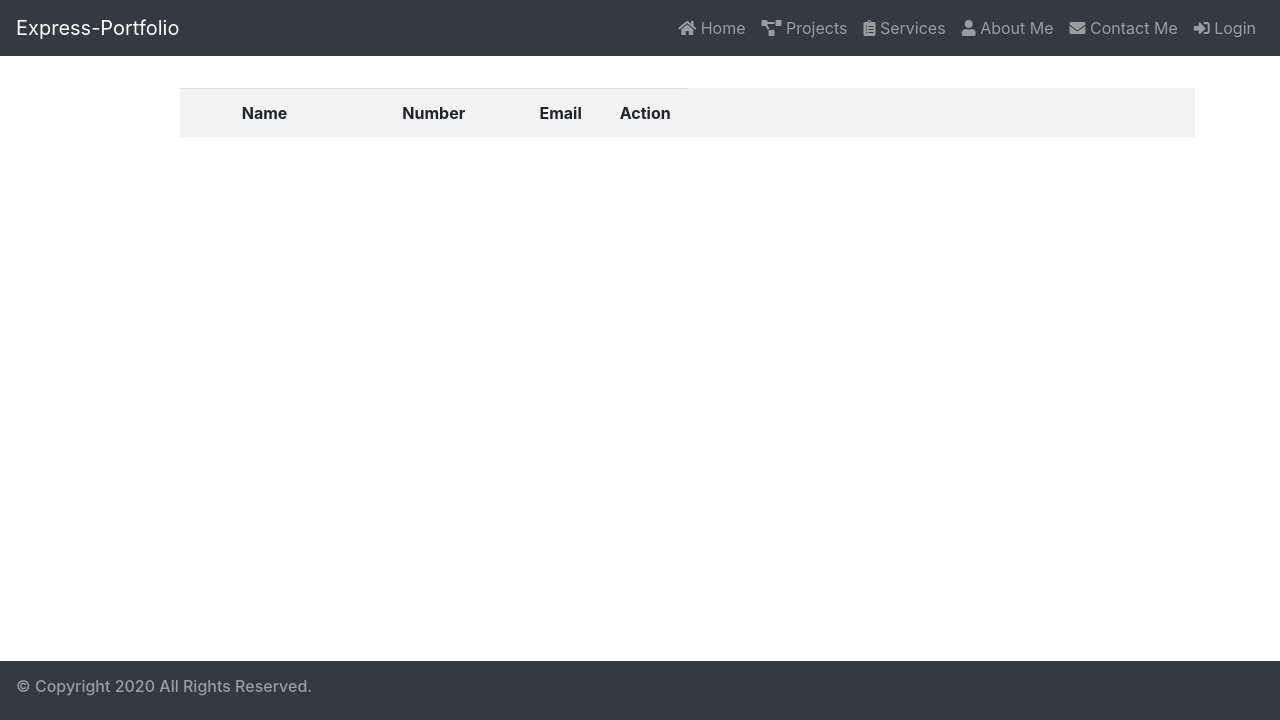
Repository: carlossclaro/Express_Portfolio
Page: server/views/users1/users.ejs
An editor plug-in stored every save of this project. The page is shown before and after the next save, followed by the edit.
The browser window is 1280 px wide. The pictures show the whole page.
The page is served by the project's Node server (app.js). Other server files are loaded and not shown. The template is opened directly, without the code that normally fills it, so the values that code supplies are empty.

Above is the page before, as saved 2020-10-24 18:16:47.

### server/views/users1/users.ejs

<!--
 *business_contact_view.ejs created by:
  Carlos Cruz-Claro 0N 2020-10-22
#300-902-439
-->

<!--
This view to remain hidden to those unauth or not signed in. Should only be visable to 'test' user!
-->
<%- include ../partials/header.ejs %>


<%- include ../partials/main_nav.ejs %>

<!-- Main Content -->
<main class="container">
  <div class="row">
    <div class="offset-md-1 col-md-11">
      <h1><%= title %></h1>
      <br>
      <table class="table table-boardered table-striped table-hover">
          <!-- Header Row -->
          <tr class="d-flex">
            <th class="text-center col-2">Name</th>
            <th class="text-center col-2">Number</th>
            <th class="text-center col-1">Email</th>
            <th class="text-center col-1">Action</th>
          </tr>

          <!-- Repeatable Template Row -->

          <% for(let count = 0; count < UserList.length; count++) { %>
            <tr class="d-flex">
                <td class="text-center col-2"><%= UserList[count].name %></td>
                <td class="text-center col-2"><%= UserList[count].number %></td>
                <td class="text-center col-2"><%= UserList[count].email %></td>
            </tr>
          <% } %>
      </table>
    </div>
  </div>
</main>



<%- include ../partials/bottom_nav.ejs %>

<%- include ../partials/footer.ejs %>

### server/views/partials/header.ejs
<!DOCTYPE html>
<html lang="en">
<head>
  <meta charset="UTF-8">
  <meta name="viewport" content="width=device-width, initial-scale=1.0">
  <title><%= title %></title>

  <!-- CSS Section-->
  <link rel="stylesheet" href="/bootstrap/dist/css/bootstrap.min.css">
  <link rel="stylesheet" href="/@fortawesome/fontawesome-free/css/all.min.css">
  <link rel='stylesheet' href='/Content/app.css' />

</head>
<body>

### server/views/partials/main_nav.ejs
  <!--Main Nav here-->
  <nav class="navbar navbar-expand-lg navbar-dark bg-dark">
    <a class="navbar-brand" href="/">Express-Portfolio</a>
    <button class="navbar-toggler" type="button" data-toggle="collapse" data-target="#navbarSupportedContent" aria-controls="navbarSupportedContent" aria-expanded="false" aria-label="Toggle navigation">
      <span class="navbar-toggler-icon"></span>
    </button>

   <!--  <nav class="navbar navbar-light bg-dark">
      <a class="navbar-brand" href="/">
        <img src="public/Assets/images/personal_logo.png" width="30" height="30" class="d-inline-block align-top" alt="">
      </a>
    </nav>-->
    <div class="collapse navbar-collapse" id="navbarSupportedContent">
      <ul class="navbar-nav ml-auto">
       <!--TOFIX: HOME DOES NOT HIGHLIGHT WHEN CLICKED-->
        <% if ((title == "Home") || (title =="/")) { %>
        <li class="nav-item active">
        <% } else { %>
        <li class="nav-item">
        <% } %>
          <a class="nav-link" href="/home"><i class="fas fa-home"></i> Home </a>
        </li>

        <% if (title == "Projects") { %>
        <li class="nav-item active">
        <% } else { %>
        <li class="nav-item">
        <% } %>
          <a class="nav-link" href="/projects"><i class="fas fa-project-diagram"></i> Projects </a>
        </li>

        <% if (title == "Services") { %>
        <li class="nav-item active">
        <% } else { %>
        <li class="nav-item">
        <% } %>
          <a class="nav-link" href="/services"><i class="fas fa-clipboard-list"></i> Services </a>
        </li>

        <% if (title == "About Me") { %>
          <li class="nav-item active">
        <% } else { %>
        <li class="nav-item">
        <% } %>
          <a class="nav-link" href="/aboutme"><i class="fas fa-user"></i> About Me </a>
        </li>

        <% if (title == "Contact Me") { %>
          <li class="nav-item active">
        <% } else { %>
        <li class="nav-item">
        <% } %>
          <a class="nav-link" href="/contactme"><i class="fas fa-envelope"></i> Contact Me</a> </a>
        </li>

           <% if (title == "Authentication") { %>
          <li class="nav-item active">
        <% } else { %>
        <li class="nav-item">
        <% } %>
          <a class="nav-link" href="/authenticate"><i class="fas fa-sign-in-alt"></i> Login</a> </a>
        </li>
    </div>
  </nav>

### server/views/partials/bottom_nav.ejs
 <!-- Bottom Nav-->
  <footer>
    <nav class="navbar fixed-bottom navbar-dark bg-dark">
      <h6 class="display-6 navbar-text">&copy; Copyright 2020 All Rights Reserved.</h1>
    </nav>
  </footer>

### server/views/partials/footer.ejs
<!-- Script Selection (Front-Side)-->
<html>
<body>
  <script src="/jquery/dist/jquery.min.js"></script>
  <script src="/bootstrap/dist/js/bootstrap.min.js"></script>
  <script src="/Scripts/app.js"></script>
</body>
</html>

### app.js
/*App.js created by Carlos Cruz-Claro 0N 2020-10-11
#300-902-439 */

// Installed 3rd party packages
let createError = require('http-errors');
let express = require('express');
let path = require('path');
let cookieParser = require('cookie-parser');
let logger = require('morgan');

let indexRouter = require('./routes/index');
let usersRouter = require('./routes/users');

let app = express();

// view engine setup
app.set('views', path.join(__dirname, 'views'));
app.set('view engine', 'ejs');

app.use(logger('dev'));
app.use(express.json());
app.use(express.urlencoded({ extended: false }));
app.use(cookieParser());
app.use(express.static(path.join(__dirname, 'public')));
app.use(express.static(path.join(__dirname, 'node_modules')));

app.use('/', indexRouter);
app.use('/users', usersRouter);

// catch 404 and forward to error handler
app.use(function(req, res, next) {
  next(createError(404));
});

// error handler
app.use(function(err, req, res, next) {
  // set locals, only providing error in development
  res.locals.message = err.message;
  res.locals.error = req.app.get('env') === 'development' ? err : {};

  // render the error page
  res.status(err.status || 500);
  res.render('error', { title: 'Error'});
});

module.exports = app;

### public/Content/app.css
/* Custom css goes here */
/*Created by Carlos Cruz-Claro 0N 2020-10-11
#300-902-439 */
.map-container-section {
    overflow:hidden;
    padding-bottom:56.25%;
    position:relative;
    height:0;
  }
  .map-container-section iframe {
    left:0;
    top:0;
    height:100%;
    width:100%;
    position:absolute;
  }
  .container{
    height:300px;
  }
  .navbar-default { margin : 0 !important; }

### public/Scripts/app.js
//IIFE -- Immdiately Invoked Function Expression
/* app.js created by Carlos Cruz-Claro 0N 2020-10-11
#300-902-439 */
(function() {
    function Start()
    {
        console.log("App Started...");
    }

    window.addEventListener("load", Start);

})();

After the next save:
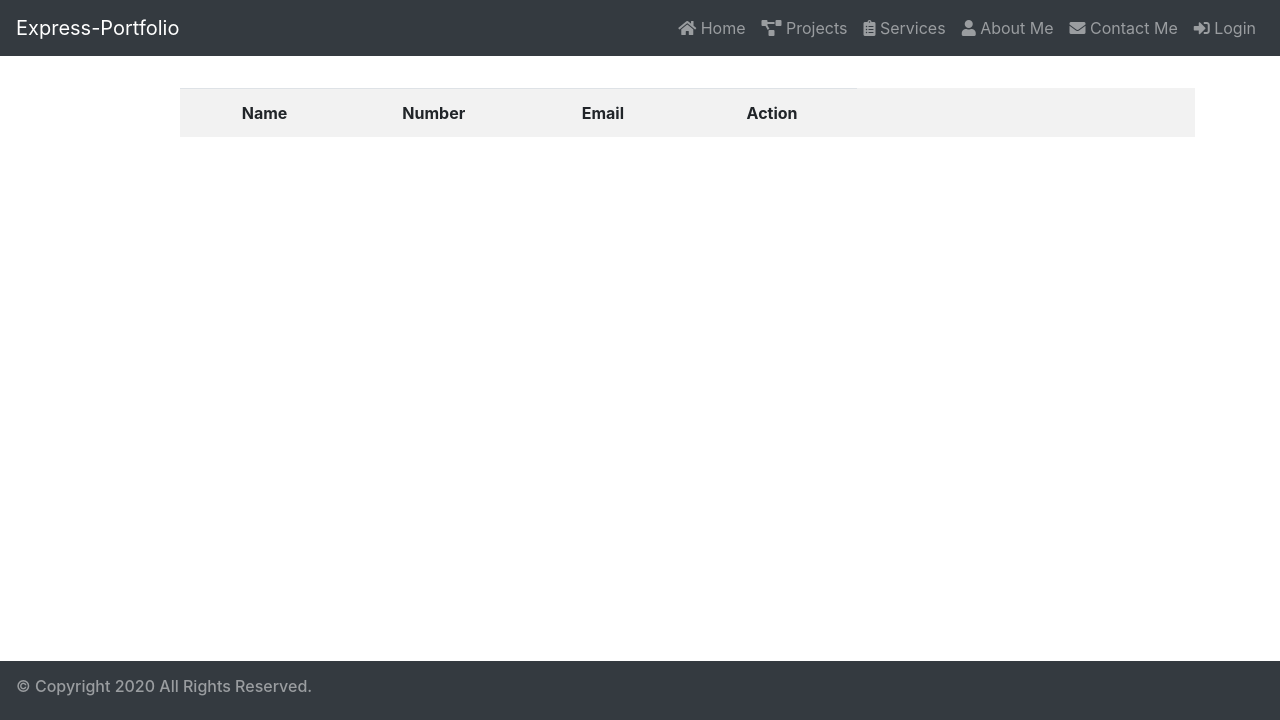
Saved 16 s later.
--- a/server/views/users1/users.ejs
+++ b/server/views/users1/users.ejs
@@ -24,8 +24,8 @@ This view to remain hidden to those unauth or not signed in. Should only be visa
           <tr class="d-flex">
             <th class="text-center col-2">Name</th>
             <th class="text-center col-2">Number</th>
-            <th class="text-center col-1">Email</th>
-            <th class="text-center col-1">Action</th>
+            <th class="text-center col-2">Email</th>
+            <th class="text-center col-2">Action</th>
           </tr>
 
           <!-- Repeatable Template Row -->
